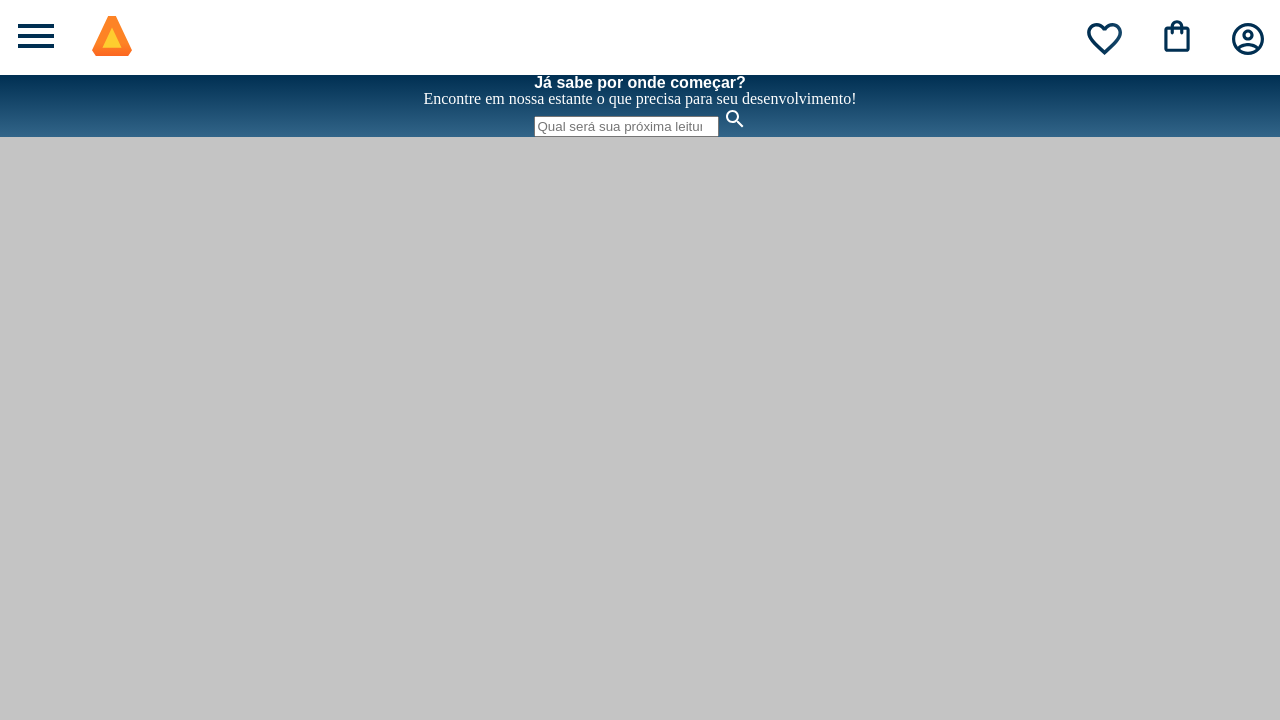
Repository: DamnDTX/projeto-mobile
Page: index.html
An editor plug-in stored every save of this project. The page is shown before and after the next save, followed by the edit.
The browser window is 1280 px wide. The pictures show the whole page.

Above is the page before, as saved 2023-07-28 09:31:28.

After the next save:
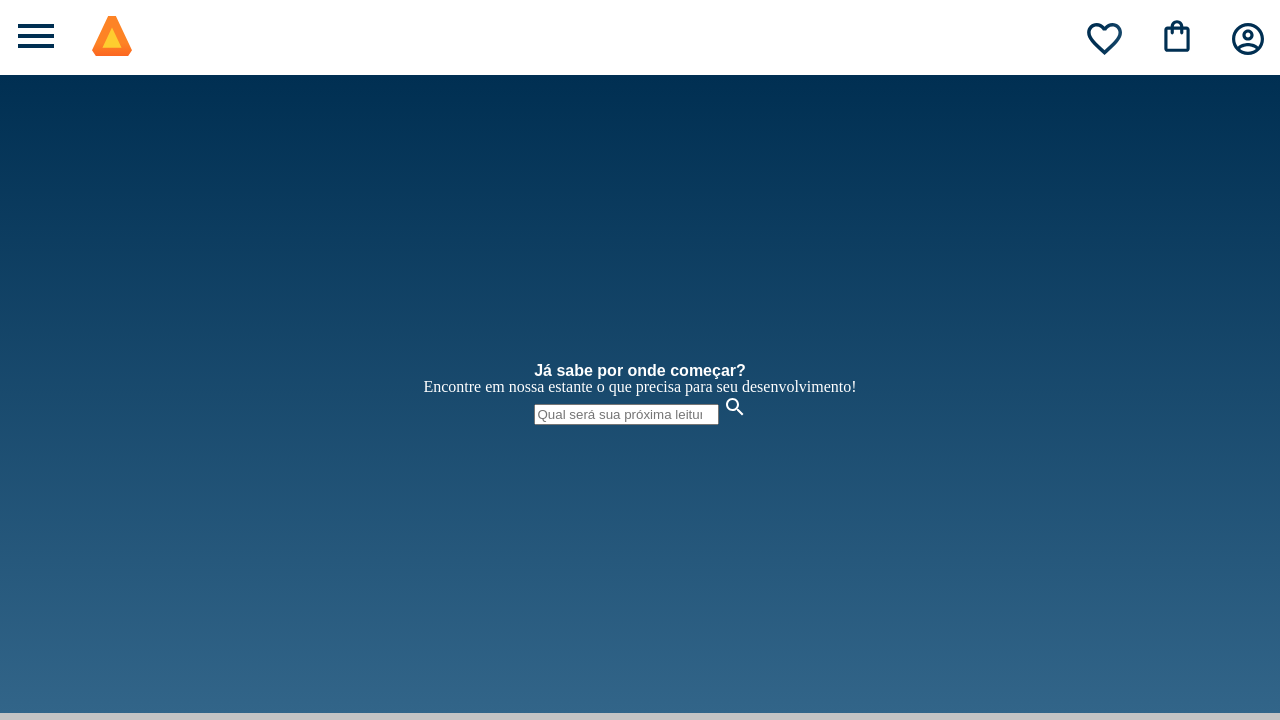
Saved 55 s later.
--- a/styles/banner.css
+++ b/styles/banner.css
@@ -12,6 +12,7 @@
     background:linear-gradient(#002F52, #326589) ;
     color: var(--cor-fonte-banner);
     text-align: center;
+    padding: 40vh;
 }
 
 .banner__titulo{
